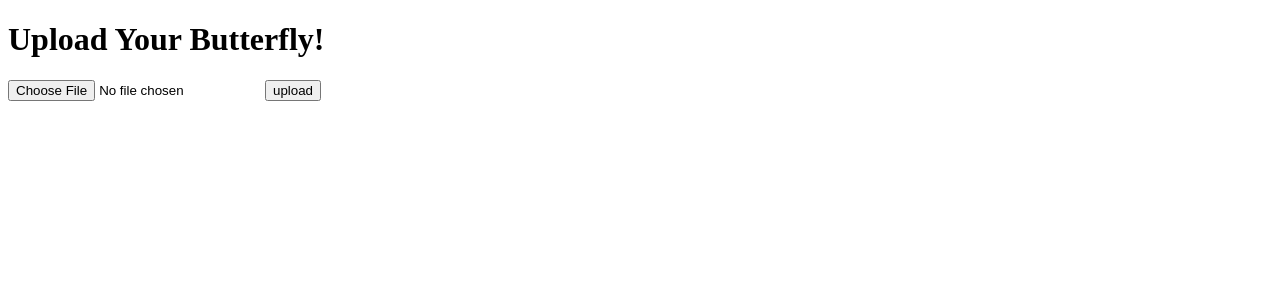
Repository: prishasbangera/Butterfly-Interactive-Projection
Page: http://localhost/
An editor plug-in stored every save of this project. The page is shown before and after the next save, followed by the edit.
The browser window is 1280 px wide. The pictures show the whole page.
The page is served by the project's application, run on Flask 3 (ImageUpload/app.py).

Above is the page before, as saved 2025-12-05 23:12:37.

### ImageUpload/templates/index.html
<!DOCTYPE html>
<html lang="ko">
<head>
  <meta charset="UTF-8" />
  <title>Image Upload</title>
</head>
<body>
  <h1>Upload Your Butterfly!</h1>

  <form method="POST" enctype="multipart/form-data">
    <!-- 1) get an input -->
    <input type="file" name="file" accept="image/*" />
    <button type="submit">upload</button>
  </form>

  {% if img_url %}
    <h2>Your Image</h2>
    <img src="{{ img_url }}" alt="uploaded image" style="max-width:400px;">
  {% endif %}
</body>
</html>

### ImageUpload/app.py
from flask import Flask, render_template, request, redirect, url_for
from werkzeug.utils import secure_filename
import os

app = Flask(__name__)

# 업로드 폴더 설정
UPLOAD_FOLDER = os.path.join('static', 'uploads')
os.makedirs(UPLOAD_FOLDER, exist_ok=True)
app.config['UPLOAD_FOLDER'] = UPLOAD_FOLDER

# Valid file types
ALLOWED_EXTENSIONS = {'png', 'jpg', 'jpeg', 'gif'}

# Check the file type is valid
def allowed_file(filename):
    return '.' in filename and \
           filename.rsplit('.', 1)[1].lower() in ALLOWED_EXTENSIONS

@app.route('/', methods=['GET', 'POST'])
def index():
    if request.method == 'POST':
        # import a image from the input --- 1) in index.html
        file = request.files.get('file')

        if not file or file.filename == '':
            return "Select a file", 400

        if not allowed_file(file.filename):
            return "Wrong file type: only 'png', 'jpg', 'jpeg', 'gif' are valid", 400

        filename = secure_filename(file.filename)
        save_path = os.path.join(app.config['UPLOAD_FOLDER'], filename)
        file.save(save_path)

        # show the image on the site
        img_url = url_for('static', filename=f'uploads/{filename}')
        return render_template('index.html', img_url=img_url)

    # default page with GET
    return render_template('index.html', img_url=None)

if __name__ == '__main__':
    app.run(debug=True)

After the next save:
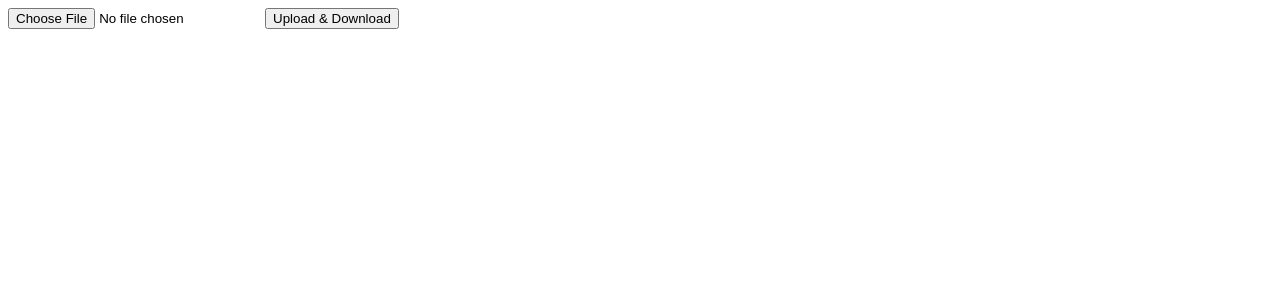
Saved 4 min 18 s later.
--- a/ImageUpload/app.py
+++ b/ImageUpload/app.py
@@ -1,18 +1,12 @@
-from flask import Flask, render_template, request, redirect, url_for
+from flask import Flask, request, send_file
 from werkzeug.utils import secure_filename
 import os
+import io
 
 app = Flask(__name__)
 
-# 업로드 폴더 설정
-UPLOAD_FOLDER = os.path.join('static', 'uploads')
-os.makedirs(UPLOAD_FOLDER, exist_ok=True)
-app.config['UPLOAD_FOLDER'] = UPLOAD_FOLDER
-
-# Valid file types
 ALLOWED_EXTENSIONS = {'png', 'jpg', 'jpeg', 'gif'}
 
-# Check the file type is valid
 def allowed_file(filename):
     return '.' in filename and \
            filename.rsplit('.', 1)[1].lower() in ALLOWED_EXTENSIONS
@@ -20,25 +14,35 @@
 @app.route('/', methods=['GET', 'POST'])
 def index():
     if request.method == 'POST':
-        # import a image from the input --- 1) in index.html
         file = request.files.get('file')
 
         if not file or file.filename == '':
             return "Select a file", 400
 
         if not allowed_file(file.filename):
-            return "Wrong file type: only 'png', 'jpg', 'jpeg', 'gif' are valid", 400
+            return "Wrong file type", 400
 
         filename = secure_filename(file.filename)
-        save_path = os.path.join(app.config['UPLOAD_FOLDER'], filename)
-        file.save(save_path)
 
-        # show the image on the site
-        img_url = url_for('static', filename=f'uploads/{filename}')
-        return render_template('index.html', img_url=img_url)
+        # 메모리에 잠깐 저장 후 바로 다운로드 응답
+        data = file.read()
+        buf = io.BytesIO(data)
+        buf.seek(0)
 
-    # default page with GET
-    return render_template('index.html', img_url=None)
+        # 브라우저가 “파일 다운받으세요” 라고 인식하도록 헤더 설정
+        return send_file(
+            buf,
+            as_attachment=True,
+            download_name=filename,
+            mimetype=file.mimetype
+        )
+
+    return '''
+    <form method="POST" enctype="multipart/form-data">
+      <input type="file" name="file" accept="image/*">
+      <button type="submit">Upload & Download</button>
+    </form>
+    '''
 
 if __name__ == '__main__':
     app.run(debug=True)

After the 6 saves that followed:
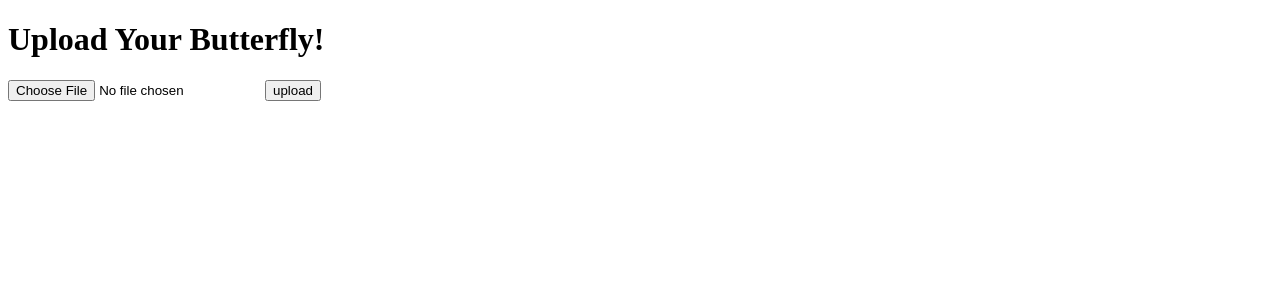
The 6 saves are shown as one change because 1 did not build or start and 3 left the picture as it was and some came seconds apart.
The last was saved 3 min 2 s later.
--- a/ImageUpload/templates/index.html
+++ b/ImageUpload/templates/index.html
@@ -1,5 +1,5 @@
 <!DOCTYPE html>
-<html lang="ko">
+<html lang="eg">
 <head>
   <meta charset="UTF-8" />
   <title>Image Upload</title>
--- a/ImageUpload/app.py
+++ b/ImageUpload/app.py
@@ -1,4 +1,4 @@
-from flask import Flask, request, send_file
+from flask import Flask, request, send_file, render_template
 from werkzeug.utils import secure_filename
 import os
 import io
@@ -24,12 +24,12 @@
 
         filename = secure_filename(file.filename)
 
-        # 메모리에 잠깐 저장 후 바로 다운로드 응답
+        # hold the file in the memory
         data = file.read()
         buf = io.BytesIO(data)
         buf.seek(0)
 
-        # 브라우저가 “파일 다운받으세요” 라고 인식하도록 헤더 설정
+        # trigger the browser download the file
         return send_file(
             buf,
             as_attachment=True,
@@ -37,12 +37,7 @@
             mimetype=file.mimetype
         )
 
-    return '''
-    <form method="POST" enctype="multipart/form-data">
-      <input type="file" name="file" accept="image/*">
-      <button type="submit">Upload & Download</button>
-    </form>
-    '''
+    return render_template('index.html')
 
 if __name__ == '__main__':
     app.run(debug=True)
